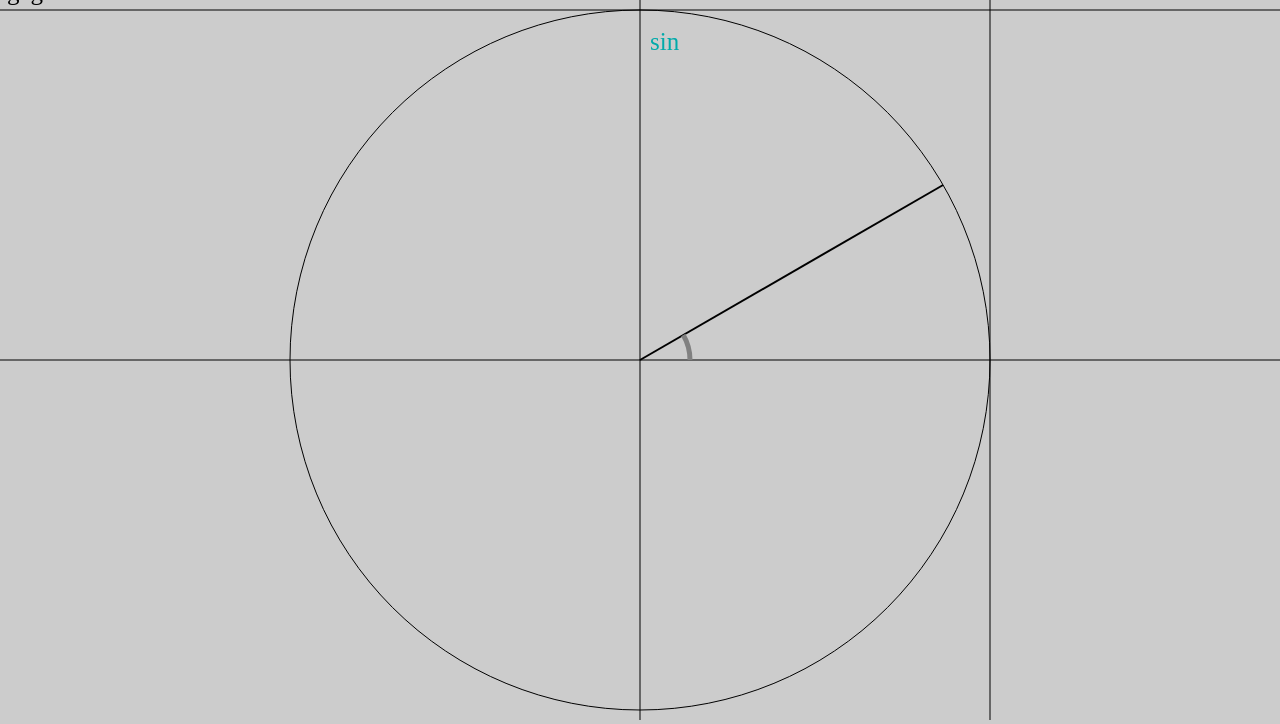
Repository: BraynStorm/braynstorm.github.io
Page: JSDrawing/index.html
An editor plug-in stored every save of this project. The page is shown before and after the next save, followed by the edit.
The browser window is 1280 px wide. The pictures show the whole page.

Above is the page before, as saved 2015-02-24 17:59:33.

After the next save:
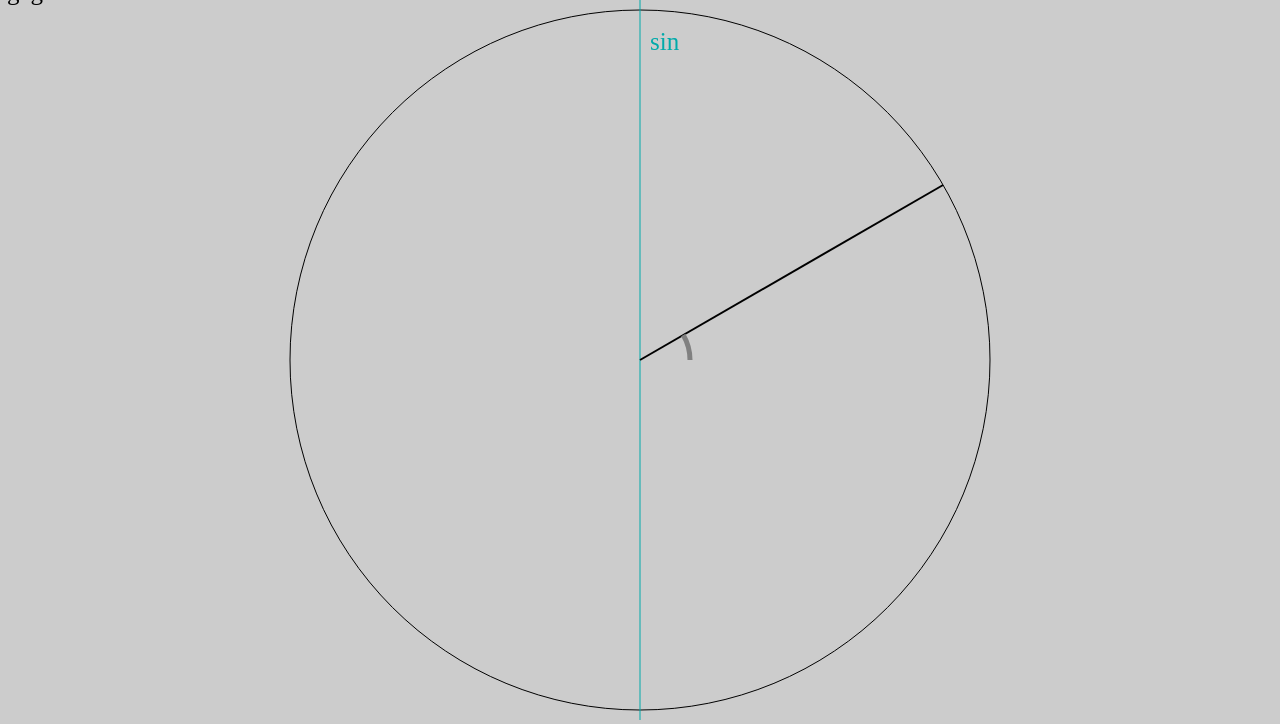
Saved 30 s later.
--- a/JSDrawing/index.html
+++ b/JSDrawing/index.html
@@ -12,11 +12,11 @@
 		<div id="content">
 			<svg width="100%" height="100%">
 				<circle id="mainCircle" fill="none" stroke="black" />
-				<line style="stroke:rgb(0,0,0);stroke-width:1;" id="sinAxis" />
-				<line style="stroke:rgb(0,0,0);stroke-width:1;" id="cosAxis" />
+				<line stroke-width="1" id="sinAxis" />
+				<line stroke-width="1" id="cosAxis" />
 
-				<line style="stroke:rgb(0,0,0);stroke-width:1;" id="tgAxis" />
-				<line style="stroke:rgb(0,0,0);stroke-width:1;" id="cotgAxis" />
+				<line stroke-width="1" id="tgAxis" />
+				<line stroke-width="1" id="cotgAxis" />
 
 				<text id="cosTxt" style="font-size:25px;">cos</text>
 				<text id="sinTxt" style="font-size:25px;">sin</text>
